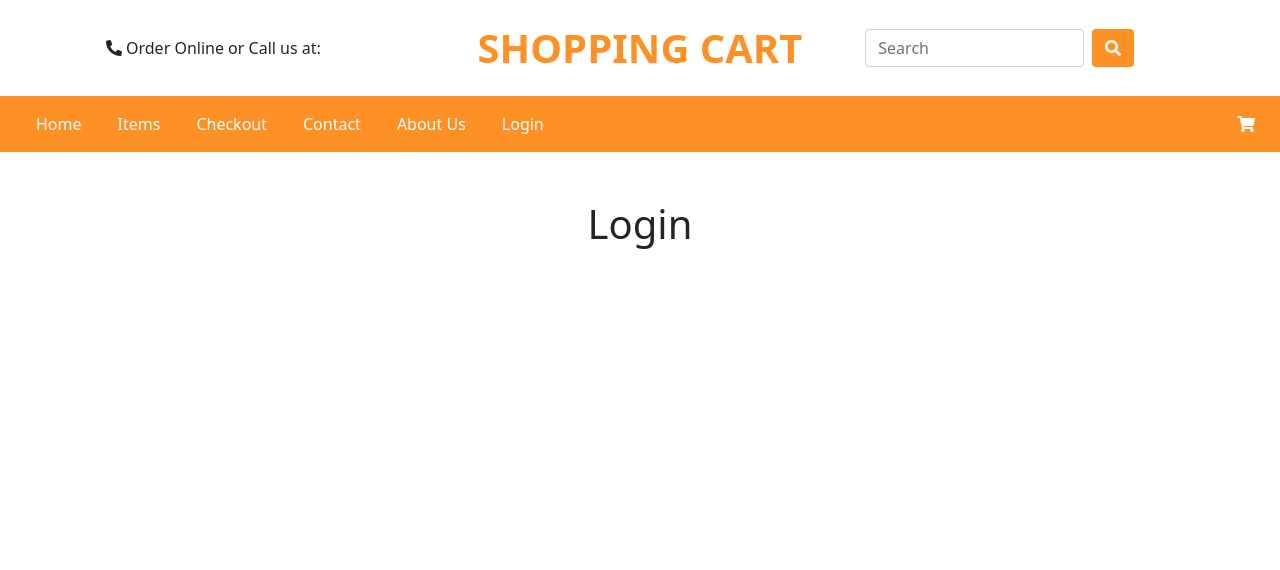
Repository: SaudCh/React-Ecommerce
Page: /login
These files come from the project's save history. The page is drawn as it stood at one moment and after the next save; the edit follows.
The browser window is 1280 px wide. The pictures show the whole page.
The project was rebuilt for these pictures with package versions that can differ from the ones it lists, and the page was loaded fresh each time. Also part of the build but not shown: src/App.css, src/Home/Carousel.jsx, src/Home/home.jsx.

Above is the page before, as saved 2021-12-05 19:12:12.

After the next save:
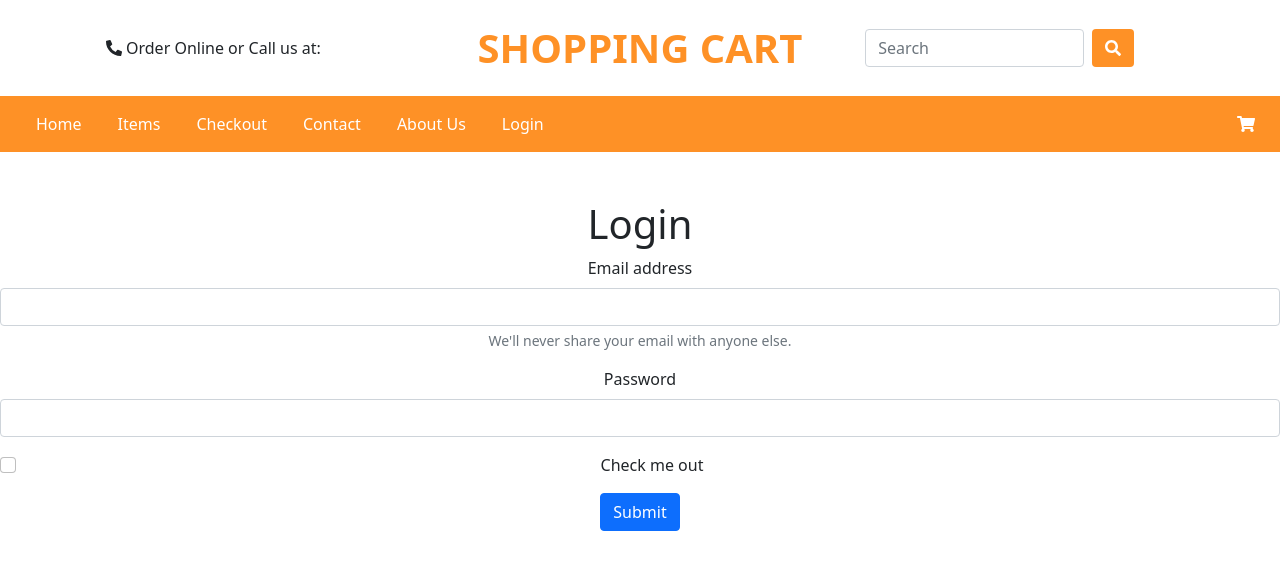
Saved 58 s later.
--- a/src/Login/Login.jsx
+++ b/src/Login/Login.jsx
@@ -4,6 +4,41 @@ export default function Login() {
   return (
     <div className="text-center py-5">
       <p className="p-0 m-0 h1 mb-2">Login</p>
+      <form>
+        <div class="mb-3">
+          <label for="exampleInputEmail1" class="form-label">
+            Email address
+          </label>
+          <input
+            type="email"
+            class="form-control"
+            id="exampleInputEmail1"
+            aria-describedby="emailHelp"
+          />
+          <div id="emailHelp" class="form-text">
+            We'll never share your email with anyone else.
+          </div>
+        </div>
+        <div class="mb-3">
+          <label for="exampleInputPassword1" class="form-label">
+            Password
+          </label>
+          <input
+            type="password"
+            class="form-control"
+            id="exampleInputPassword1"
+          />
+        </div>
+        <div class="mb-3 form-check">
+          <input type="checkbox" class="form-check-input" id="exampleCheck1" />
+          <label class="form-check-label" for="exampleCheck1">
+            Check me out
+          </label>
+        </div>
+        <button type="submit" class="btn btn-primary">
+          Submit
+        </button>
+      </form>
     </div>
   );
 }
